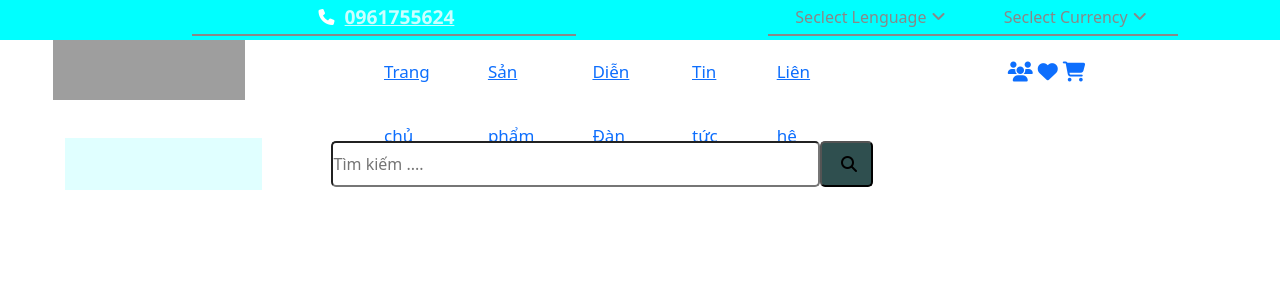
Repository: giacatdat2k5/Baitaplon
Page: da/d.html
An editor plug-in stored every save of this project. The page is shown before and after the next save, followed by the edit.
The browser window is 1280 px wide. The pictures show the whole page.
Pictures or frames that could not be fetched are drawn as grey boxes.

Above is the page before, as saved 2023-11-07 00:53:05.

### da/d.html
<!DOCTYPE html>
<html lang="en">
<head>
    <meta charset="UTF-8">
    <meta name="viewport" content="width=device-width, initial-scale=1.0">
    <title>Document</title>
    <link rel="stylesheet" type="text/css" href="d.css">
    <link rel="stylesheet" href="https://cdnjs.cloudflare.com/ajax/libs/font-awesome/6.4.2/css/all.min.css"/>
    <script src="https://ajax.googleapis.com/ajax/libs/jquery/3.7.1/jquery.min.js"></script>
    <link href="https://cdn.jsdelivr.net/npm/bootstrap@5.3.2/dist/css/bootstrap.min.css" rel="stylesheet" integrity="sha384-T3c6CoIi6uLrA9TneNEoa7RxnatzjcDSCmG1MXxSR1GAsXEV/Dwwykc2MPK8M2HN" crossorigin="anonymous">
</head>
<body>
    <div class="head">
        <div class="left-head">
        <div class="hotline">
            <i class="fa-solid fa-phone"></i>
            <a href="#" class="number">0961755624 </a>
        </div>
        </div>
        <div class="right-head">
        <div class="select">
             Seclect Lenguage
            <i class="fa-solid fa-angle-down"></i>
        </div>
        <div class="select">
             Seclect Currency
            <i class="fa-solid fa-angle-down"></i>
        </div>
        </div>
    </div>
    <div class="nav">
        <a href="#" class="logo"></a>
        <ul class="menu">
            <li><a href="#">Trang chủ</a></li>
            <li class="menu_link">
                <a href="#">Sản phẩm</a>
                <ul class="menu_down">
                    <li ><a href="#"></a>Yonex</li>
                    <li ><a href="#"></a>Lining</li>
                    <li ><a href="#"></a>Victor</li>
                    <li ><a href="#"></a>Kumpoo</li>
                    <li ><a href="#"></a>Fleet</li>
                    <li ><a href="#"></a>Khác</li>
                </ul>
            </li>
            <li><a href="#">Diễn Đàn</a></li>
            <li><a href="#">Tin tức</a></li>
            <li><a href="#">Liên hệ </a></li>
        </ul>
        <ul class="icon">
            <li><a href="#"><i class="fa-solid fa-users"></i></a></li>
            <li><a href="#"><i class="fa-solid fa-heart"></i></a></li>
            <li><a href="#"><i class="fa-solid fa-cart-shopping"></i></a></li>
        </ul>
    </div>
    <div class="nav2">
        <div class="nav2-left">
            <div class="cate"></div>
        </div>
        <div class="nav2-right">
         <div class="search">
            <input class="tk" type="text" placeholder="Tìm kiếm ....">
            <button class="nut"><i class="fa-solid fa-magnifying-glass"></i></button>
         </div>
        </div>
    </div>


</body>
</html>

### da/d.css
*{
    text-decoration: none;
    list-style-type: none;
    margin: 0px;
    padding: 0px;

}
.head{
    background-color: #00FFFF;
    width: 100%;
    height: 40px;
    display: flex;
}
.left-head{
    width:60%;
    height: 90%;
    display: flex;
    justify-content: center;
}
.right-head{
    width:40%;
    height: 90%;
    display: flex;
    justify-content: flex-start;
}
.hotline{
    width: 50%;
    height: 100%;
    display: flex;
    align-items: center;
    justify-content: center;
    color:white;
    border-bottom: 2px solid #888888;
}
.select{
    width: 40%;
    height: 100%;
    border-bottom: 2px solid #888888;
    display: flex;
    align-items: center;
    justify-content: center;
    color: #888888;
}
.number{
    text-indent: 10px;
    color: #CCFFFF;
    font-size: larger;
    font-family: 'Segoe UI', Tahoma, Geneva, Verdana, sans-serif;
    text-indent: 10px;
    font-weight: 600;
}
.fa-solid{
    text-indent: 5px;
    transition: transform 0.1s;
    transform: scale(1);
}
.hotline:hover{
    border-bottom:2px solid white;
}
.number:hover{
    text-decoration-line: underline;
}
.select:hover{
    border-bottom:2px solid white;
}
.fa-solid:hover{
    transform: scale(1.2);
}
.nav{

    display:flex;
    height: 60px;
    line-height: 4em;
    justify-content: space-around;
}
.logo{
    width: 15%;
    height: 100%;
    background-image: url('z4855559339032_f52dfc50c2a66e564d62993c93b9ee23.jpg') ;
    background-size:cover;
}
.menu{
    width: 40%;
    display: flex;
}
.menu li{
    padding-right: 2.5em ;
    font-size: 17px;
    text-decoration: none;
    color:black;
}
.menu li a:hover{
    color: pink;
    transition: color .2s ease-out;
}
.menu_down{
    width: 140px;
    height: 18em;
    margin: 0px auto;
    position: absolute;
    top:100px;
    left: 500px;
    display: none;
}
.menu_down li{
    padding: 0px;
    border-bottom:1px solid black;
    text-align: center;

}
.menu_down li:hover{
    color:pink;
    transition: color .2s ease-out;
}
.menu .menu_link:hover .menu_down{
     display: block;
}
.icon{
    width: 20%;
    height: 100%;
    display: flex;
    justify-content: space-around:
    align-items: center;
    font-size: 20px;
    color:green;
}
.nav2{
    width: 100%;
    height: 8em;
    display: flex;
    align-items: center;
}
.nav2-left{
    width: 264px;
    height: 40%;
    display: flex;
    justify-content: flex-end;
}
.cate{
    width: 197px;
    height: 100%;
    background-color: lightcyan;
}
.nav2-right{
    width: 80%;
    height: 40%;
    display: flex;
    justify-self: flex-end;
    align-items: center ;
}
.search{
    width: 60%;
    height: 100%;
    display: flex;
    justify-content: flex-end;
    align-items: center;
}
.tk{
    width: 80%;
    height: 90%;
    border-radius: 5px;
}
.nut{
    width: 53px;
    height: 46px;
    display: flex;
    justify-content: center;
    align-items: center;
    border-radius: 5px;
    background-color:darkslategrey;
}

After the next save:
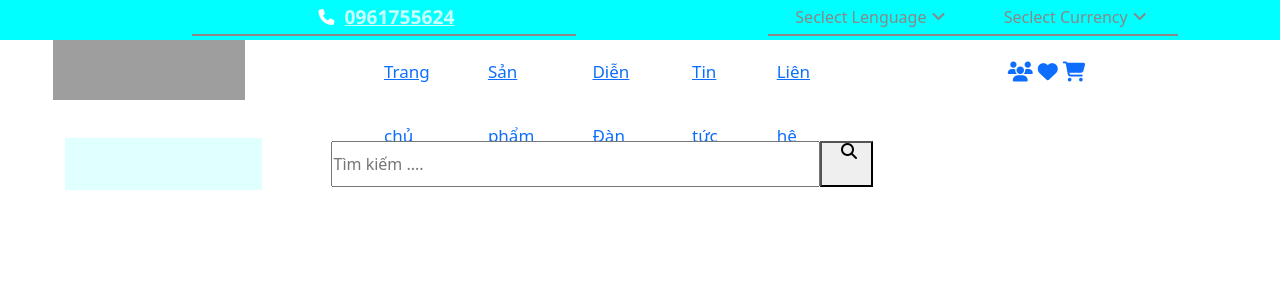
Saved 26 s later.
--- a/da/d.css
+++ b/da/d.css
@@ -158,14 +158,11 @@
 .tk{
     width: 80%;
     height: 90%;
-    border-radius: 5px;
 }
 .nut{
     width: 53px;
     height: 46px;
     display: flex;
     justify-content: center;
-    align-items: center;
-    border-radius: 5px;
-    background-color:darkslategrey;
+    ;
 }
